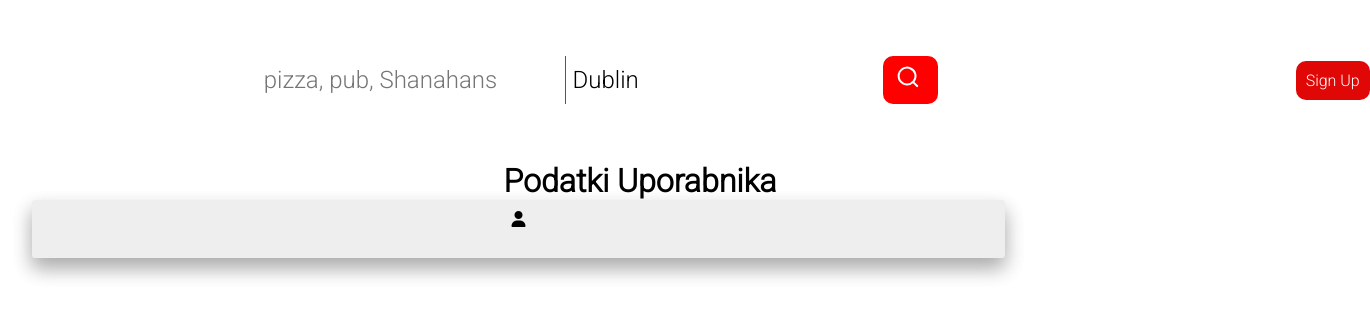
Repository: DomenJ2003/project1
Page: /user
The author's editor kept a copy of each file at every save. The page is drawn from the files as they stood at one save, then again after the next save.
The browser window is 1280 px wide. The page is 1370 px wide, so the pictures cover 1370 px, including what lies to the right of the window. The pictures show the whole page.
The page's requests for data from a server got no answer. Some web libraries are served in a nearby version. The project was rebuilt for these pictures with package versions that can differ from the ones it lists, and the page was loaded fresh each time. No one was signed in, and anything a server would have sent is missing. Also part of the build but not shown: vite.config.js, src/Components/Sections/HeroSection.css, src/Components/Sections/HeroSection.jsx, src/Components/Sections/HomePageContent.css, src/Components/Sections/HomePageContent.jsx, src/Components/Pages/HomePage.jsx, src/Components/Pages/HelpPage.jsx.

Above is the page before, as saved 2022-08-20 21:53:43.

### index.html
<!DOCTYPE html>
<html lang="en">
  <head>
    <meta charset="UTF-8" />
    <link rel="icon" type="image/svg+xml" href="/vite.svg" />
    <meta name="viewport" content="width=device-width, initial-scale=1.0" />
    <title>Poletna Šola</title>
    <script src="https://kit.fontawesome.com/76f3e76781.js" crossorigin="anonymous"></script>
  </head>
  <body>
    <div id="root"></div>
    <script type="module" src="/src/main.jsx"></script>
  </body>
</html>

### src/main.jsx
import React from 'react'
import ReactDOM from 'react-dom/client'
import HomePage from './Components/Pages/HomePage'
import App from './App'
import './index.css'

ReactDOM.createRoot(document.getElementById('root')).render(
  <>
    <App/>
    {/* <HomePage /> */}
  </>
)

### src/App.jsx
import { useState } from 'react'
import './App.css'
import Navbar  from './Components/Sections/Navbar'
import {
  BrowserRouter,
  Routes,
  Route,
} from "react-router-dom";
import HomePage from './Components/Pages/HomePage';
import HelpPage from './Components/Pages/HelpPage';
import UserPage from './Components/Pages/UserPage';

function App() {

  return(
    <>
    <BrowserRouter>
    <Navbar/>
    <Routes>
      <Route path="/" element={<HomePage />} />
      <Route path="/help" element={<HelpPage/>} />
      <Route path="/user" element={<UserPage/>} />
    </Routes>
  </BrowserRouter>
    </>
  )

}

export default App

### src/Components/Sections/Navbar.jsx
import { useState } from 'react'
import './navbar.css'
import Button from '../General/Button'
import Dropdown from '../General/Dropodown'
import Searchbar from '../General/Serchbar';


function Navbar() {

  return (

    <div className="navbar">
        <div className="logo">
            <img src="./logo.svg" alt="" />
        </div>
        <div className="findbarlinks">
            <Searchbar />
            <div className="links">
                <Dropdown name="Restaurants" links={['Delivery', 'Reservations', 'Burgers', 'Japanese', 'Chinese', 'Mexican', 'Italian', 'Thai']} />
                <Dropdown name="Home Services" links={['Contractors', 'Landscaping', 'Electricians', 'Locksmiths', 'Home Cleaners', 'Movers', 'HVAC', 'Plumbers']} />
                <Dropdown name="Auto Services" links={['Auto Repair', 'Car Dealers', 'Auto Detailing', 'Oil Change', 'Body Shops', 'Parking', 'Car Wash', 'Towing']} />
                <Dropdown name="More" links={['Dry Cleaning', 'Hair Salons', 'Phone Repair', 'Gyms', 'Bars', 'Massage', 'Nightlife', 'Shopping']} />
            </div>
        </div>
        <div className="buttons">
            <Button text="For Businesses" classtype="btn"/>
            <Button text="Write a Review" classtype="btn"/>
            <Button text="Log In" classtype="LogInBtn"/>
            <Button text="Sign Up" classtype="SignUpBtn"/>
        </div>

    </div>

  );
}

export default Navbar

### src/helper/api.js
import axios from "axios";

const API_URL = 'https://random-data-api.com/api'

async function getUsers (){
    const res = await axios.get(`${API_URL}/users/random_user?size=50`);
    return res.data;
}

async function getUser (){
    const res = await axios.get(`${API_URL}/users/random_user`);
    return res.data;
}

export {getUsers, getUser};

### src/Components/Pages/UserPage.jsx
import { useState, useEffect } from "react";
import "./UserPage.css";
import { getUser } from "../../helper/api";
import Card from "../General/Card";
import { useLocation } from "react-router-dom";

function UserPage(props) {
  //const [user, setUser] = useState({});
  const { state } = useLocation();
  const [cardData, setCardData] = useState({});

  const getData = async () => {
    const data = await getUser();
    setCardData({
      image: data.avatar,
      header: `${data.first_name} ${data.last_name}`,
      date: data.date_of_birth,
    });
  };

  useEffect(() => {
    try {
      setCardData({
        image: state.user.avatar,
        header: `${state.user.first_name} ${state.user.last_name}`,
        date: state.user.date_of_birth,
      });
    } catch (e) {
      getData();
    }
  }, []);

  return (
    <>
      <h1>Podatki Uporabnika</h1>
      <div className="solo-card-container">
        <Card
          key={1}
          image={cardData.image}
          header={cardData.header}
          date={cardData.date}
          onClickFunction={() => {}}
        />
      </div>
    </>
  );
}

export default UserPage;

### src/Components/Sections/navbar.css
.navbar{
    /* position: fixed; */
    width: 100%;
    height: 130px;
    padding: 24px 40px 0;
    display: flex;
    flex-direction: row;
    justify-content: space-between;

}

.findbarlinks{
    margin-left: 5%;
    width: 60%;
    margin-bottom: 10px;

}

.links{
    height: 58px;
    display: flex;
    flex-direction: row;
    align-items: center;
    justify-content: start;
}

.arrow{
    padding-top: 3px;
}

span{
    white-space: nowrap;
}

.buttons{
    height: 48px;
    width: 30%;
    display: flex;
    flex-direction: row;
    align-items: center;
    justify-content: start;
}



/* .hero-nav-section{
    height: 70vh;
    background: linear-gradient(90deg, rgba(0, 0, 0, 0.4) 0%, rgba(0, 0, 0, 0.1) 55%), url('../../../public/background.jpg');
    background-position: center;
    background-size: cover;
} */

### src/Components/General/Button.jsx
import { useState } from 'react'
import './Button.css'

function Button(props) {


  return (
    <button className={props.classtype}>
        {props.text}
    </button>
  )
}

export default Button

### src/Components/General/Dropodown.jsx
import { useState } from 'react'
import './dropdown.css'

function Dropdown(props) {

    var links = []

    for(const link in props.links){

        links.push(<a className='dropdown-link' href="#" key={link}>{props.links[link]}</a>)
    }


  return (
    <div className="dropdown">
                <div className="link">
                    <span>
                        {props.name}
                    </span>
                    <span>
                        <svg width={24} height={24} className="arrow">
                            <path d="M12 15.25a1 1 0 01-.7-.29l-4.58-4.5A1.011 1.011 0 018.12 9L12 12.85 15.88 9a1 1 0 111.4 1.42L12.7 15a1 1 0 01-.7.25z"></path>
                        </svg>
                    </span>
                </div>
                <div className="dropdown-content">
                    {links}
                </div>
        </div>
  )
}

export default Dropdown

### src/Components/General/Serchbar.jsx
import { useState } from 'react'
import './Searchbar.css'

function Searchbar(props) {



  return (
    <form>
                <div className="findbar">
                    <div className="search">
                        <input type="text" className='input-text'  placeholder='pizza, pub, Shanahans' />
                    </div>
                    <div className="line">
                        </div>
                    <div className="city">

                    <input type="text" className='input-city' defaultValue='Dublin' />
                    </div>
                    <button className="find">
                    <svg width={30} height={30} className="search-icon">
                            <path d="M21.853 20.355l-3.444-3.443a9.428 9.428 0 10-16.761-6.171 9.428 9.428 0 0015.348 7.586l3.443 3.442a1 1 0 101.414-1.414zM5.82 16.245a7.429 7.429 0 115.253 2.175 7.38 7.38 0 01-5.253-2.176z"></path>
                        </svg>
                    </button>

                </div>
            </form>
  )
}

export default Searchbar

### src/Components/General/Card.jsx
import { useState } from "react";
import "./Card.css";

function Card(props) {
  return (
    <div className="card-container" onClick={props.onClickFunction}>
      <div className="card-header">
        <span className="card-title">
          <i className="fa-solid fa-user"></i>
          {"  "}
          {props.header}
        </span>
        <br />
        <span>{props.date}</span>
      </div>
      <div className="card-content">
        {props.content}
        <img src={props.image} className="card-image" />
      </div>
    </div>
  );
}

export default Card;

### src/Components/Pages/UserPage.css
.card-container{
    display: flex;
    justify-content: center;
    align-items: center;
    width: 80%;
}

### src/Components/General/Button.css
.btn{
    background-color: transparent;
    border: none;
    color: white;
    padding: 15px 32px;
    text-align: center;
    text-decoration: none;
    display: inline-block;
    font-size: 16px;
    padding: 5px;
    white-space: nowrap;
    margin-right: 20px;
}

.btn:hover{
    border-radius: 10px;
    background-color: rgba(255, 255, 255, 0.5);
}

.SignUpBtn{
    background-color: rgba(224,7,7,1);;
    border: none;
    color: white;
    padding: 15px 32px;
    text-align: center;
    text-decoration: none;
    display: inline-block;
    font-size: 16px;
    padding: 10px;
    white-space: nowrap;
    border-radius: 10px;
    margin-right: 20px;
}

.SignUpBtn:hover{

    background-color: rgb(244,13,21);
}

.LogInBtn{
    background-color: transparent;
    border: 2px solid white;
    color: white;
    padding: 15px 32px;
    text-align: center;
    text-decoration: none;
    display: inline-block;
    font-size: 16px;
    padding: 10px;
    border-radius: 5px;
    white-space: nowrap;
    margin-right: 20px;
}

.LogInBtn:hover{
    background-color: rgba(255, 255, 255, 0.5);
}

### src/Components/General/dropdown.css

.link{
    height: 20px;
    color: #fff;
    fill: #fff;
    margin-left: 20px;
    padding: 0 30px;
    padding-bottom: 20px;
    display: flex;
    flex-direction: row;
    align-items: center;
    cursor: pointer;
    border-bottom: 2px solid transparent;
}

.link:hover{
    border-bottom: 2px solid red;
}

/* drop down */

.dropdown {
    position: relative;
    display: inline-block;
  }

  /* Dropdown Content (Hidden by Default) */
  .dropdown-content {
    display: none;
    position: absolute;
    background-color: #f9f9f9;
    min-width: 160px;
    box-shadow: 0px 8px 16px 0px rgba(0,0,0,0.2);
    z-index: 1;
    margin-left: 20px;
    border-top-right-radius: 15px;
    border-bottom-right-radius: 15px;
    border-bottom-left-radius: 15px;
    padding: 10px;

  }

  .dropdown-content a:nth-child(2){
    border-top-right-radius: 15px;

  }

  .dropdown-content a:last-child{
    border-bottom-right-radius: 15px;

  }

  .dropdown-content a:nth-last-child(2){
    border-bottom-left-radius: 15px;

  }



  /* Links inside the dropdown */
  .dropdown-content a {
    color: black;
    padding: 12px 16px;
    text-decoration: none;
    display: block;
    white-space: nowrap;
  }



  .dropdown-content a:hover {
    background-color: rgba(0,0,0,0.2);
    border-radius: 15px;
  }

  .dropdown:hover .dropdown-content {
    display: grid;
    grid-template-columns: 1fr 1fr;
    gap: 5px;
  }

  .dropdown:hover .dropbtn {
    background-color: #3e8e41;
  }

### src/Components/General/Searchbar.css
.input-text{
    height: 100%;
    width: 100%;
    font-size: 24px;
    padding: 5px;
    border-top-left-radius: 5px;
    border-bottom-left-radius: 5px;
    border: 2px solid #fff;
}

.input-city{
    height: 100%;
    width: 100%;
    font-size: 24px;
    padding: 5px;
    border-top-right-radius: 5px;
    border-bottom-right-radius: 5px;
    border: 2px solid #fff;
}

input:focus{
    outline: none;
}

.find:focus{
    outline: none;
}

.line{
    width: 1px;
    background-color:#565656;
}

.search-icon{
    color: #fff;
    fill: #fff;
}
.findbar{

    height: 48px;
    display: flex;
    flex-direction: row;
}


.find{
    background-color: red;
    width: 56px;
    height: 48px;
    color: #fff;
    display: flex;
    align-items: center;
    justify-content: center;
    border-radius: 10px;
    margin-left: 10px;
    border: none;
}

.search{
    width: calc(50% - 28px);
    height: 48px;

}

.city{
    width: calc(50% - 28px);
    height: 48px;

}

### src/Components/General/Card.css
.card-container{
    display: flex;
    border-radius: 3px;
    flex-direction: column;
    background-color: #eee;
    box-shadow:  rgba(0, 0, 0, 0.19) 0px 10px 20px,
    rgba(0, 0, 0, 0.19) 0px 10px 20px;

}

.card-header{
    padding: 10px;
}

.card-image{
    width: 100%;
    height: 100%;
}

.card-title{
    font-weight: bold;
}

Loaded but not shown: src/index.css (common file); src/App.css (common file); src/Components/Pages/HomePage.css (no stored copy; drawn as an empty file)

After the next save:
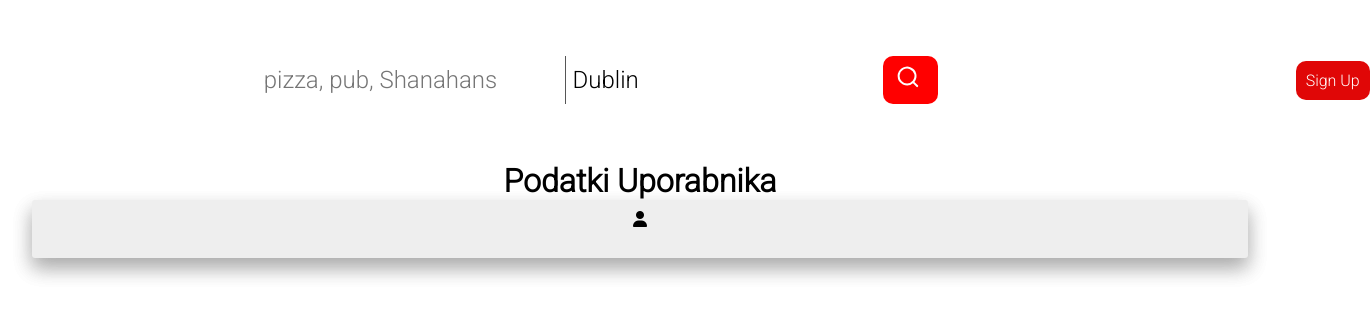
Saved 5 s later.
--- a/src/Components/Pages/UserPage.css
+++ b/src/Components/Pages/UserPage.css
@@ -1,6 +1,7 @@
-.card-container{
+.solo-cards-container{
     display: flex;
     justify-content: center;
     align-items: center;
     width: 80%;
+
 }
